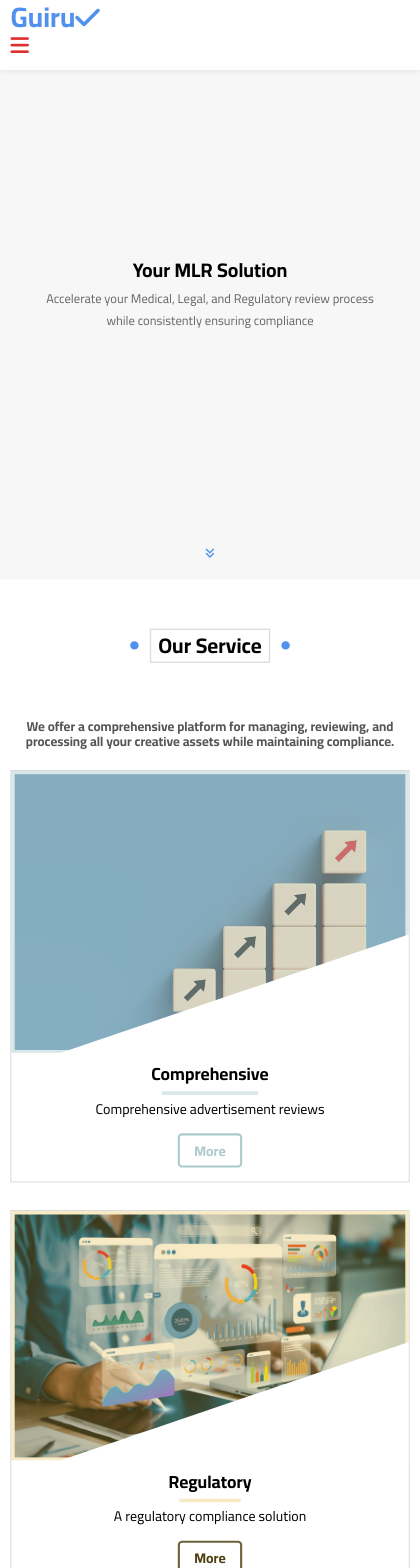
Repository: AsmaaAlothman/Templet-1-website
Page: home.html
These files come from the project's save history. The page is drawn as it stood at one moment and after the next save; the edit follows.
The browser window is 600 px wide. The pictures show the part of the page from y = 0 to 2240 px (the page is 5240 px tall), at 70% of full size.

Above is the page before, as saved 2024-08-31 13:45:34.

After the next save:
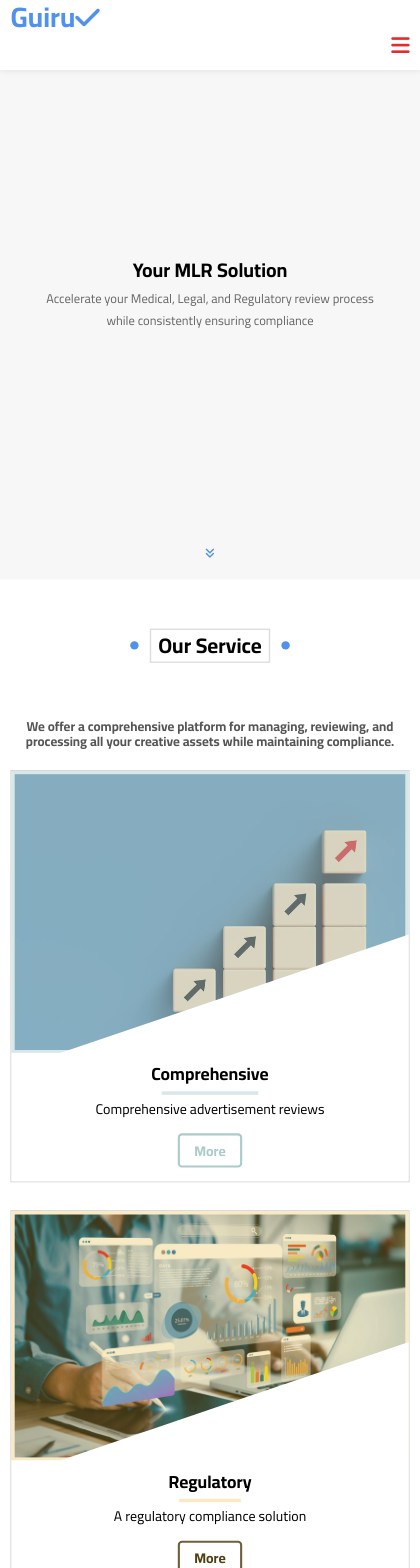
Saved 17 s later.
--- a/css/home.css
+++ b/css/home.css
@@ -237,12 +237,13 @@ img {
     .check-btn {
         display: flex;
         margin-bottom: 20px;
-        justify-content: end;
     }
     .header .main_nav {
         display: none;
     }
-    .header .container {}
+    .header .container {
+        justify-content: end;
+    }
     .header .container .logo {
         display: flex;
         justify-content: start;
